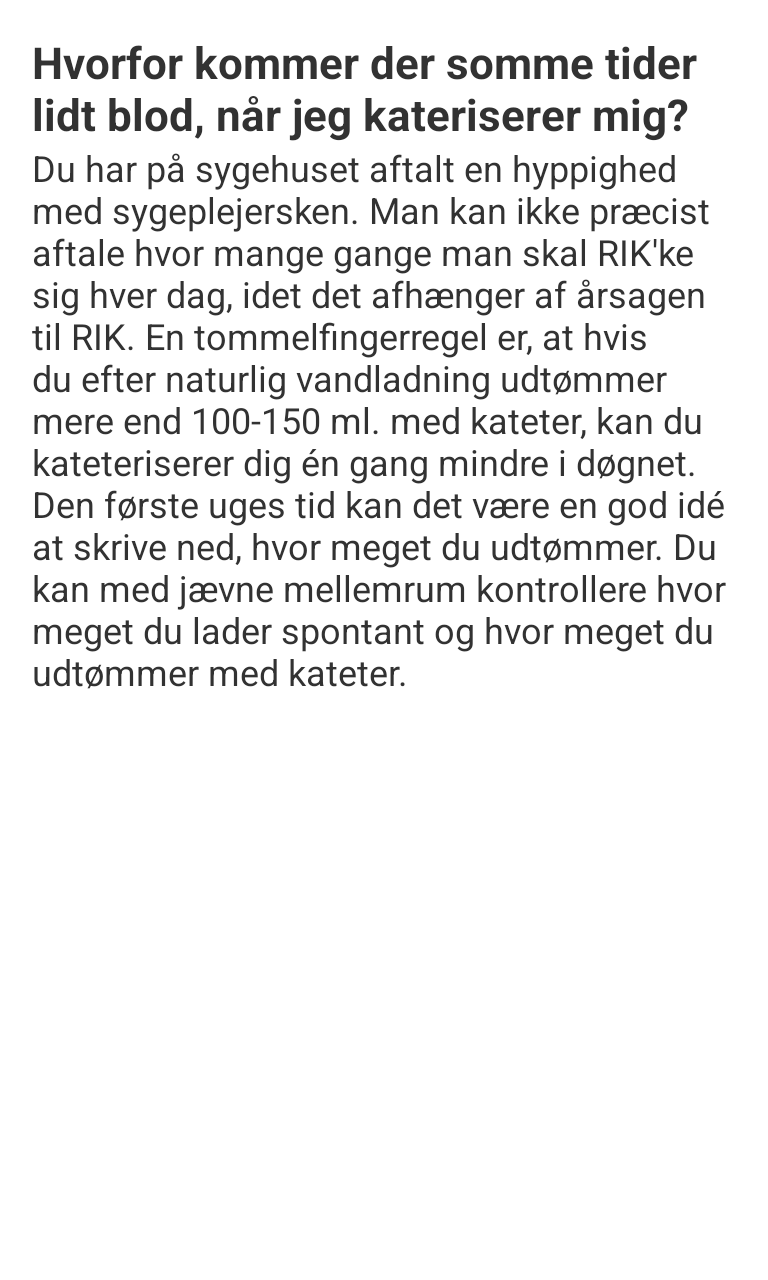
Repository: KingApollo/RIKapp2
Layout: RIKapp/res/layout/activity_why_blood.xml
An editor plug-in stored every save of this project. The layout is shown before and after a run of saves, followed by the edit.
It is drawn on a 768 x 1280 px phone screen (xhdpi) without system bars, with theme android:Theme.Light.NoTitleBar; the app's code is not run.

Above is the layout before, as saved 2014-10-10 12:28:12.

### RIKapp/res/layout/activity_why_blood.xml
<RelativeLayout xmlns:android="http://schemas.android.com/apk/res/android"
    xmlns:tools="http://schemas.android.com/tools"
    android:layout_width="match_parent"
    android:layout_height="match_parent"
    android:paddingBottom="@dimen/activity_vertical_margin"
    android:paddingLeft="@dimen/activity_horizontal_margin"
    android:paddingRight="@dimen/activity_horizontal_margin"
    android:paddingTop="@dimen/activity_vertical_margin"
    tools:context="dk.ucn.datamatiker.rikapp.WhyBlood" >


 <TextView
    android:id="@+id/tvWhyBloodQuestion"
    android:layout_width="wrap_content"
    android:layout_height="wrap_content"
    android:text="@string/whyBloodQuestion"
    android:textSize="22sp"
    android:textStyle="bold" />

  <TextView
    android:id="@+id/tvWhyBloodAnswer"
    android:layout_width="wrap_content"
    android:layout_height="wrap_content"
    android:text="@string/howOftenAnswer"
    android:layout_below="@+id/tvWhyBloodQuestion"
    android:textSize="18sp"
    />

</RelativeLayout>

### RIKapp/res/values/strings.xml
<?xml version="1.0" encoding="utf-8"?>
<resources>

    <string name="app_name">RIKapp</string>
    <string name="hello_world">Hello world!</string>
    <string name="action_settings">Settings</string>
    <string name="title_activity_hyg">Hyg</string>
    <string name="hygiejne_btn">Hygiejne</string>
    <string name="maaling_btn">Måling</string>
    <string name="title_activity_maalinger">Maalinger</string>
    <string name="skema_btn">Skema</string>
    <string name="title_activity_skema">Skema</string>
    <string name="title_activity_information">Information</string>
    <string name="howOftenAnswer">"Du har på sygehuset aftalt en hyppighed med sygeplejersken. Man kan ikke præcist aftale hvor mange gange man skal RIK'ke sig hver dag, idet det afhænger af årsagen til RIK. En tommelfingerregel er, at hvis du efter naturlig vandladning udtømmer mere end 100-150 ml. med kateter, kan du kateteriserer dig én gang mindre i døgnet. Den første uges tid kan det være en god idé at skrive ned, hvor meget du udtømmer. Du kan med jævne mellemrum kontrollere hvor meget du lader spontant og hvor meget du udtømmer med kateter."</string>
    <string name="howOftenQuestion">Hvor ofte skal jeg tømme blæren ved RIK?</string>
    <string name="test1">111111111111111111111111</string>
    <string name="test2">22222222222222222222222222</string>
    <string name="title_activity_how_often">HowOften</string>
    <string name="title_activity_kontakt">Kontakt</string>
    <string name="kontakt_btn">Kontakt</string>
    <string name="kontakt_text">"<b>Kontakt1</b> \n Kontaktperson: kp1 \n Tlf: 12345678 \n Email: kp1@e.dk
        \n\n<b>Kontakt2</b> \n Kontaktperson: kp2 \n Tlf: 87654321 \n Email: kp2@e.dk"</string>
    <string name="kontakt_title">"Kontakt"</string>
    <string name="mlInput_hint">Intast ml</string>
    <string name="save_btn_name">Log måling</string>
    <string name="noteInput_hint">Eventuelt note</string>
    <string name="title_activity_when_in_bladder">WhenInBladder</string>
    <string name="whenBladderQuestion">"Hvordan ved jeg om jeg er inde i blæren med kateteret?"</string>
    <string name="whenBladderAnswer">"Når urinen løber ud gennem kateret i toilettet, så er du i blæren. Vær opmærksom på, at kateteret ikke er langt oppe i blæren at hullerne på spidsen af kateteret kommer over niveau med urinen inde i blæren – så kan det nemlig ikke tømmes ud. Træk derfor kateteret langsom ud igen, og hvis der kommer mere urin, så vent til det ikke løber mere. Træk derefter resten ud i et jævnt træk.</string>
    <string name="doesItHurtQuestion">Gør det ondt at katerisere sig selv?</string>
    <string name="doesItHurtAnswer">""Nej, det gør ikke ondt, men du kan føle lidt ubehag i begyndelsen i urinrøret eller et kortvarigt jag i blæren. Hvis du oplever sådan et jag, så kan det skyldes at blærevæggen suges tæt til kateteret i blæren, når den tømmes. Det forsvinder hurtigt igen. "</string>
    <string name="whyBloodQuestion">Hvorfor kommer der somme tider lidt blod, når jeg kateriserer mig?</string>
    <string name="whyBloodAnswer">Det gør der, fordi der nemt kan komme en lille ridse i urinrørets slimhinde eller i blærens slimhinde. Det betyder ingenting, og er helt ufarligt. </string>
    <string name="whenHandWashQuestion">Hvornår skal jeg vaske hænder, når jeg skal RIK´ke?</string>
    <string name="whenHandWashAnswer">Det skal du før du påbegynder udtømningen. Det vil sige, at du finder det frem, som du skal bruge, og måske lukker du bukserne op og trækker bukserne ned. Så vasker du hænderne ifølge forskrifterne – klik her. Du skal også afslutte med at vaske hænderne, når du har tømt blæren for urin, og har trukket benklæderne op igen. Du skal tørre hænderne i et rent håndklæde/engangshåndklæde.</string>
    <string name="howHandWashQuestion">Hvordan skal jeg vaske mine hænder korrekt?</string>
    <string name="howHandWashAnswer">Du kan se videoen ved at klikke her</string>
    <string name="title_activity_does_it_hurt">DoesItHurt</string>
    <string name="title_activity_when_wash_hands">WhenWashHands</string>
    <string name="title_activity_how_wash_hands">HowWashHands</string>
    <string name="title_activity_why_blood">WhyBlood</string>

</resources>

Loaded but not shown: RIKapp/res/values/dimens.xml (common file); RIKapp/res/values-w820dp/dimens.xml (common file)

After the next 2 saves:
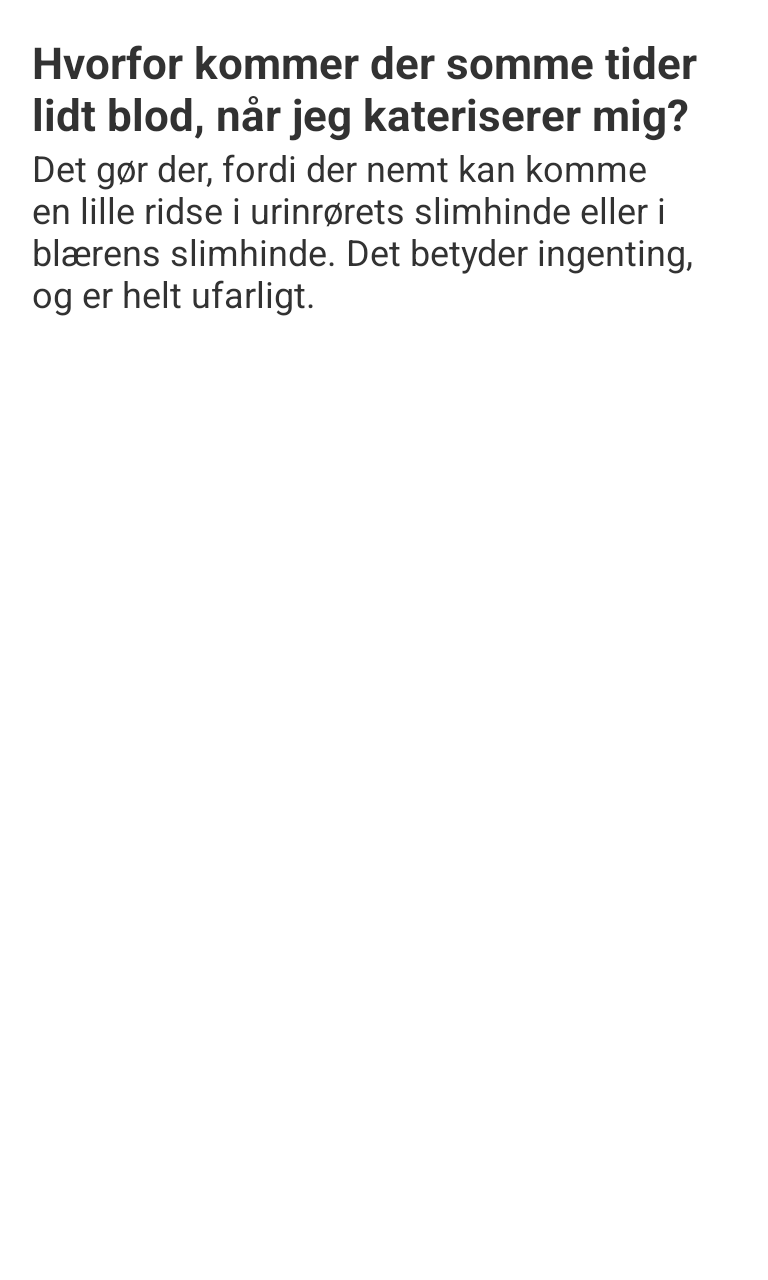
The 2 saves are shown as one change because 1 did not build or start.
The last was saved 12 s later.
--- a/RIKapp/res/layout/activity_why_blood.xml
+++ b/RIKapp/res/layout/activity_why_blood.xml
@@ -21,7 +21,7 @@
     android:id="@+id/tvWhyBloodAnswer"
     android:layout_width="wrap_content"
     android:layout_height="wrap_content"
-    android:text="@string/howOftenAnswer"
+    android:text="@string/whyBloodAnswer"
     android:layout_below="@+id/tvWhyBloodQuestion"
     android:textSize="18sp"
     />
